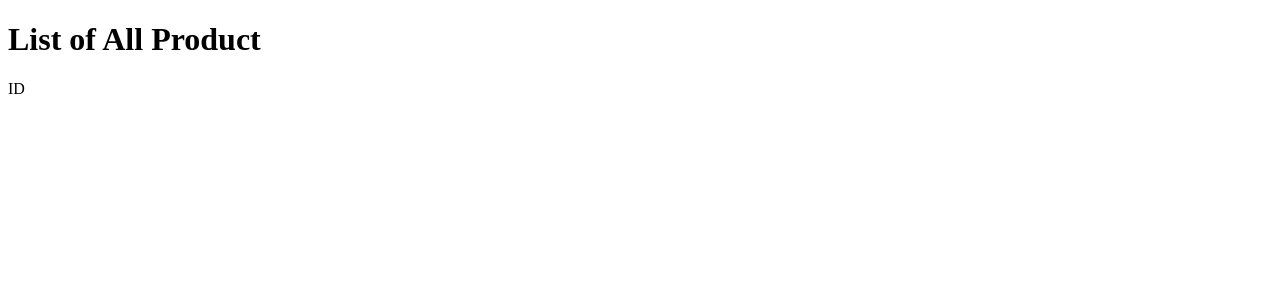
Repository: priyankamergu/MyAllProjects
Page: http://localhost/OnlineShopping/ProductController
An editor plug-in stored every save of this project. The page is shown before and after the next save, followed by the edit.
The browser window is 1280 px wide. The pictures show the whole page.
The page is served by Tomcat 9. Other server files are loaded and not shown.

Above is the page before, as saved 2019-11-18 09:16:39.

### Workspace_JEE7_WEB/OnlineShopping/WebContent/ProductList.jsp
<%@ page language="java" contentType="text/html; charset=ISO-8859-1"
    pageEncoding="ISO-8859-1"%>
<!DOCTYPE html>
<html>
<head>
<meta charset="ISO-8859-1">
<title>Insert title here</title>
</head>
<body>
<h1>List of All Product</h1>
<table>
	<tr>ID</tr>
</table>
</body>
</html>

### Workspace_JEE7_WEB/OnlineShopping/src/com/allianz/shopping/controller/ProductController.java
package com.allianz.shopping.controller;

import java.io.IOException;
import java.util.List;

import javax.servlet.RequestDispatcher;
import javax.servlet.ServletException;
import javax.servlet.annotation.WebServlet;
import javax.servlet.http.HttpServlet;
import javax.servlet.http.HttpServletRequest;
import javax.servlet.http.HttpServletResponse;

import com.allianz.shopping.dao.ProductDAO;
import com.allianz.shopping.dao.ProductdDAOImpl;
import com.allianz.shopping.model.Product;
import com.allianz.shopping.utility.DateUtility;


@WebServlet("/ProductController")
public class ProductController extends HttpServlet {
	private static final long serialVersionUID = 1L;

 static ProductDAO dao=new ProductdDAOImpl(); //to use directly we make static
    public ProductController()
    {
        super();

    }


	protected void doGet(HttpServletRequest request, HttpServletResponse response) throws ServletException, IOException
	{
		String action=request.getParameter("action");
		if(action!=null && action.equals("delete"))
		{
			String id=request.getParameter("id");
			boolean flag=dao.deleteProduct(Integer.parseInt(id));
			if(flag)
			{
				response.sendRedirect("ProductController");
			}
		}
		else if(action!=null && action.equals("edit"))
		{
			String id=request.getParameter("id");
			Product productEdit=dao.getProductById(Integer.parseInt(id));

			if(productEdit!=null)
			{
				RequestDispatcher rd=request.getRequestDispatcher("ProductEdit.jsp");
				request.setAttribute("productEdit",productEdit);
				rd.forward(request, response);
			}
		}
		else if(action!=null && action.equals("new"))
		{
			Product productEdit=new Product();

			if(productEdit!=null)
			{
				RequestDispatcher rd=request.getRequestDispatcher("ProductEdit.jsp");
				request.setAttribute("productEdit",productEdit);
				rd.forward(request, response);
			}
		}
		else
		{
			List<Product> productList=dao.getALLProducts();
			RequestDispatcher rd=request.getRequestDispatcher("ProductList.jsp");
			request.setAttribute("productList",productList);
			rd.forward(request, response);
		}
	}


	@Override
	protected void doPost(HttpServletRequest req, HttpServletResponse resp) throws ServletException, IOException {
		String action=req.getParameter("action");
		System.out.println(action);
		if(action!=null && action.equals("update"))
		{
			String id=req.getParameter("id");
			String code=req.getParameter("code");
			String description=req.getParameter("desc");
			String price=req.getParameter("price");
			String manfDate=req.getParameter("date");

			Product product=new Product();
			product.setId(Integer.parseInt(id));
			product.setCode(code);
			product.setDescription(description);
			product.setPrice(Float.parseFloat(price));
			product.setManfDate(DateUtility.convertStringToDate(manfDate));
			boolean flag=false;

			if(dao.getProductById(Integer.parseInt(id))!=null)
				flag=dao.updateProduct(product);
			else
				flag=dao.addProduct(product);


			if(flag)
				resp.sendRedirect("ProductController");



		}
		else if(action==null )
		{
			System.out.println("in save method of controller");
			String id=req.getParameter("id");
			String code=req.getParameter("code");
			String description=req.getParameter("desc");
			String price=req.getParameter("price");
			String manfDate=req.getParameter("date");

			Product product=new Product();
			product.setId(Integer.parseInt(id));
			product.setCode(code);
			product.setDescription(description);
			product.setPrice(Float.parseFloat(price));
			product.setManfDate(DateUtility.convertStringToDate(manfDate));
			boolean flag=false;

			if(dao.getProductById(Integer.parseInt(id))!=null)
				flag=dao.updateProduct(product);
			else
				flag=dao.addProduct(product);


			if(flag)
				resp.sendRedirect("ProductController");




		}
	}



}

### Workspace_JEE7_WEB/OnlineShopping/src/com/allianz/shopping/dao/ProductdDAOImpl.java
package com.allianz.shopping.dao;

import java.util.ArrayList;
import java.util.List;

import com.allianz.shopping.model.Product;
import com.allianz.shopping.utility.DateUtility;
//import static com.allianz.shopping.utility.DateUtility.*; we can use directly lie=ke convertStringToDate
public class ProductdDAOImpl implements ProductDAO
{


	private static List<Product> productList=new ArrayList<Product>();

	static
	{
		productList.add(new Product(101,"colgate1","Colgate1 Tube",50,DateUtility.convertStringToDate("12/10/2019")));//you can import static com.allianz.shppoinh.tutitly if you dont want to use thorugh class name
		productList.add(new Product(102,"colgate2","Colgate2 Tube",60,DateUtility.convertStringToDate("14/10/2019")));
		productList.add(new Product(103,"colgate3","Colgate3 Tube",40,DateUtility.convertStringToDate("13/10/2019")));
		productList.add(new Product(104,"colgate4","Colgate4 Tube",70,DateUtility.convertStringToDate("15/10/2019")));
		productList.add(new Product(105,"colgate5","Colgate5 Tube",80,DateUtility.convertStringToDate("18/10/2019")));
	}


	@Override
	public boolean addProduct(Product product) {
		productList.add(product);
		return true;
	}

	@Override
	public boolean updateProduct(Product product) {

		if(productList!=null && productList.size()>0)
		{
			for(int i=0;i<productList.size();i++)
			{
				Product productTemp=productList.get(i);
				if(productTemp.getId()==product.getId())
				{
					productList.set(i,product);
					return true;
				}
			}
		}

		return false;
	}

	@Override
	public boolean deleteProduct(int id)
	{

		if(productList!=null && productList.size()>0)
		{
			for(int i=0;i<productList.size();i++)
			{
				Product productTemp=productList.get(i);
				if(productTemp.getId()==id)
				{
					productList.remove(i);
					return true;
				}
			}
		}

		return false;
	}

	@Override
	public List<Product> getALLProducts()
	{

		return productList;
	}

	@Override
	public List<Product> getALLProductByName(String namePattern)
	{
		if(productList!=null && productList.size()>0)
		{
			for(int i=0;i<productList.size();i++)
			{
				Product productTemp=productList.get(i);
				if(productTemp.getDescription().toLowerCase().contains(namePattern.toLowerCase()))
				{
					List<Product> list=new ArrayList<Product>();
					list.add(productTemp);
					return list;
				}
			}
		}
		return null;
	}

	@Override
	public List<Product> getALLProductByPrice(float min,float max)
	{
		if(productList!=null && productList.size()>0)
		{
			for(int i=0;i<productList.size();i++)
			{
				Product productTemp=productList.get(i);
				if(productTemp.getPrice()>=min && productTemp.getPrice()<=max)
				{
					List<Product> list=new ArrayList<Product>();
					list.add(productTemp);
					return list;
				}
			}

		}
		return null;
	}

	@Override
	public Product getProductById(int id) {
		if(productList!=null && productList.size()>0)
		{
			for(int i=0;i<productList.size();i++)
			{
				Product productTemp=productList.get(i);
				if(productTemp.getId()==id)
				{
					return productTemp;
				}
			}
		}
		return null;
	}


	@Override
	public List<Product> getAllProductByCategoryID(int id) {
		// TODO Auto-generated method stub
		return null;
	}

}

### Workspace_JEE7_WEB/OnlineShopping/src/com/allianz/shopping/model/Product.java
package com.allianz.shopping.model;

import java.util.ArrayList;
import java.util.Date;
import java.util.List;

public class Product {
	private int id;
	private String code;
	private String description;
	private float price;
	private Date manfDate;
	private List<Category> categoryList=new ArrayList<Category>();

	public List<Category> getCategoryList() {
		return categoryList;
	}
	public void setCategoryList(List<Category> categoryList) {
		this.categoryList = categoryList;
	}
	public int getId() {
		return id;
	}
	public Product() {
		super();
		this.id = 0;
		this.code = null;
		this.description = null;
		this.price = 0.0f;
		this.manfDate = null;
	}

	public Product(int id, String code, String description, float price, Date manfDate) {
		super();
		this.id = id;
		this.code = code;
		this.description = description;
		this.price = price;
		this.manfDate = manfDate;
	}

	public void setId(int id) {
		this.id = id;
	}

	public String getCode() {
		return code;
	}

	public void setCode(String code) {
		this.code = code;
	}

	public String getDescription() {
		return description;
	}

	public void setDescription(String description) {
		this.description = description;
	}

	public float getPrice() {
		return price;
	}

	public void setPrice(float price) {
		this.price = price;
	}

	public Date getManfDate() {
		return manfDate;
	}

	public void setManfDate(Date manfDate) {
		this.manfDate = manfDate;
	}
	@Override
	public String toString() {
		return "Product [id=" + id + ", code=" + code + ", description=" + description + ", price=" + price
				+ ", manfDate=" + manfDate + "]";
	}



}

### Workspace_JEE7_WEB/OnlineShopping/src/com/allianz/shopping/utility/DateUtility.java
package com.allianz.shopping.utility;

import java.text.ParseException;
import java.text.SimpleDateFormat;
import java.util.Date;


public class DateUtility
{
	public static Date convertStringToDate(String date)
	{
		SimpleDateFormat simple=new SimpleDateFormat("dd/mm/yyyy");
		try
		{
			Date dateLocal=simple.parse(date);
			return dateLocal;
		}
		catch(ParseException e)
		{
			e.printStackTrace();
		}
		return null;

	}

	public String convertDateToString(Date date)
	{
		SimpleDateFormat simple=new SimpleDateFormat("dd/mm/yyyy");

		try
		{
			String dateLocal=simple.format(date);
			return dateLocal;
		}
		catch(Exception e)
		{
			e.printStackTrace();
		}
		return null;

	}
	public static java.sql.Date convertUtilDateToSQLDate(java.util.Date date)
	{
		java.sql.Date sdate=new java.sql.Date(date.getTime());
		return sdate;
	}


}

After the next save:
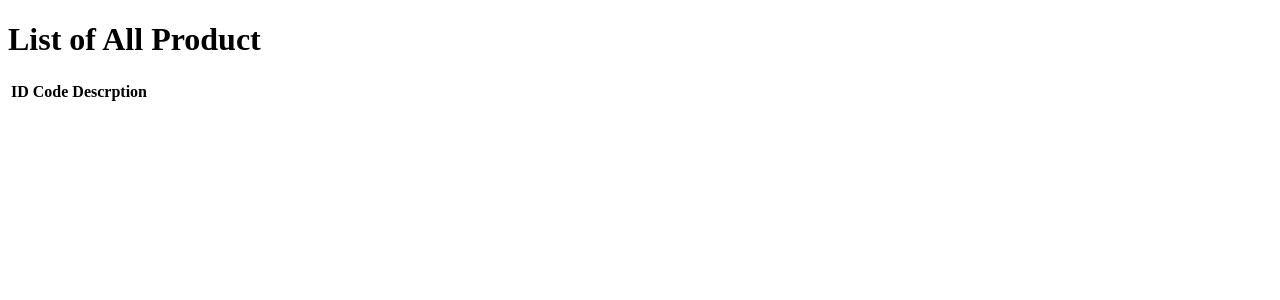
Saved 32 s later.
--- a/Workspace_JEE7_WEB/OnlineShopping/WebContent/ProductList.jsp
+++ b/Workspace_JEE7_WEB/OnlineShopping/WebContent/ProductList.jsp
@@ -9,7 +9,11 @@
 <body>
 <h1>List of All Product</h1>
 <table>
-	<tr>ID</tr>
+	<tr>
+	<th>ID</th>
+	<th>Code</th>
+	<th>Descrption</th>
+
 </table>
 </body>
 </html>
